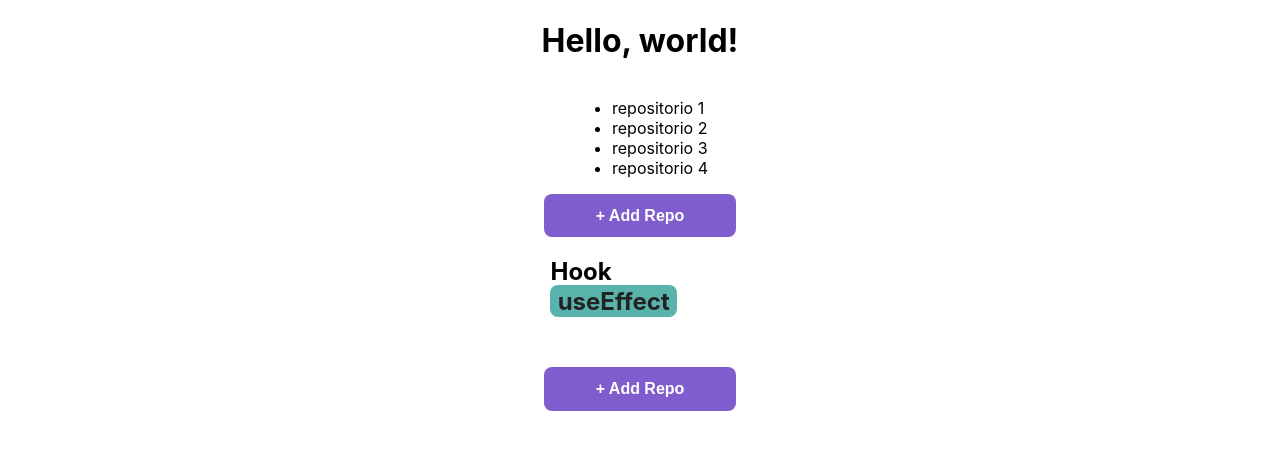
Repository: thiagolucio/react-hooks-use
Page: /
An editor plug-in stored every save of this project. The page is shown before and after the next save, followed by the edit.
The browser window is 1280 px wide. The pictures show the whole page.
The project was rebuilt for these pictures with package versions that can differ from the ones it lists, and the page was loaded fresh each time.

Above is the page before, as saved 2022-03-08 22:39:06.

After the next save:
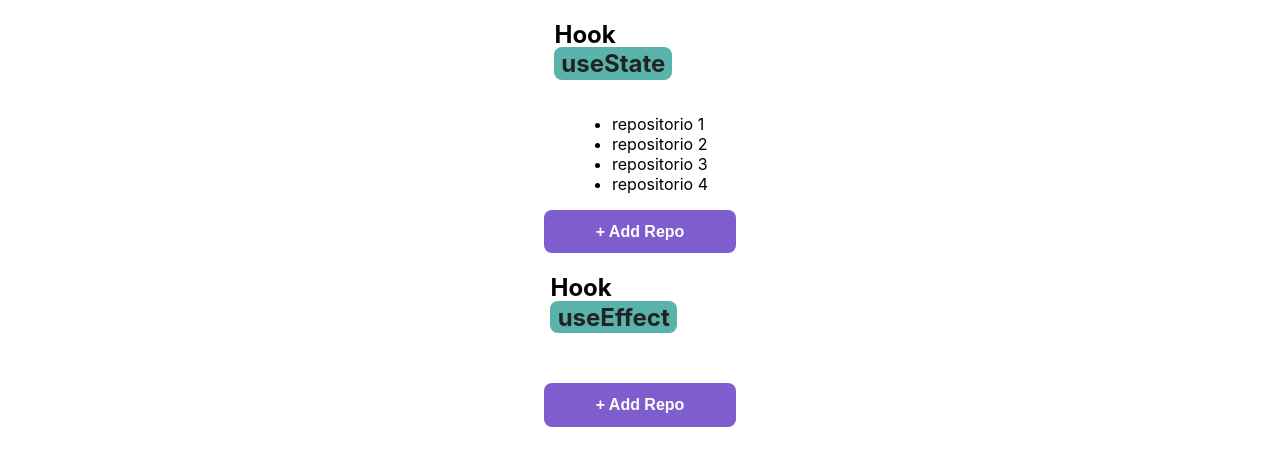
Saved 48 s later.
--- a/src/Components/UseStateExample.js
+++ b/src/Components/UseStateExample.js
@@ -19,7 +19,7 @@ function UseStateExample() {
 
   return (
     <div className="container">
-      <h1>Hello, world!</h1>
+      <h2>Hook <span className="badge-title">useState</span></h2>
       <ul>
         {repositories.map((repo) => (
           <li key={repo.id}>{repo.name}</li>
